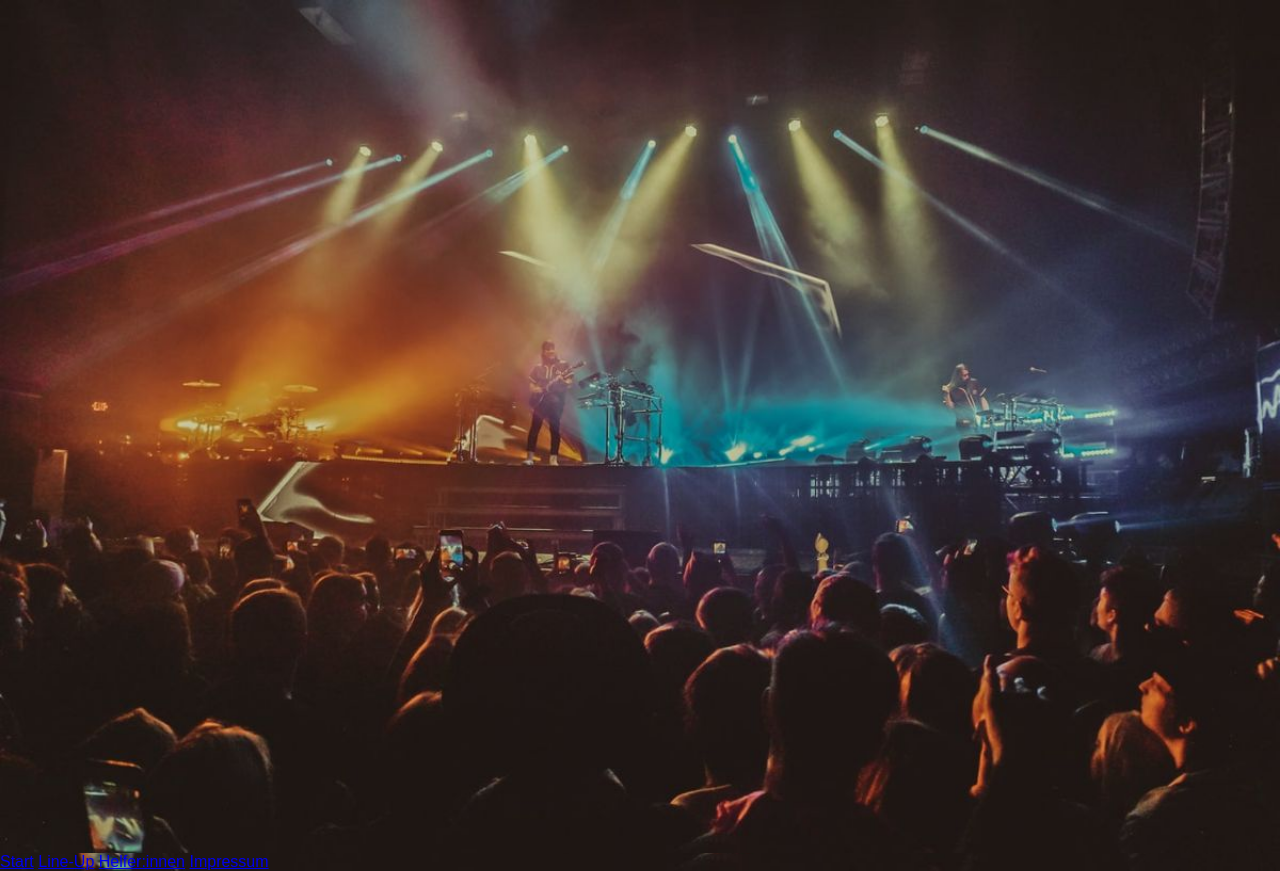
Repository: Hajimohammadi-KI/Web-Technologien
Page: index.html
An editor plug-in stored every save of this project. The page is shown before and after the next save, followed by the edit.
The browser window is 1280 px wide. The pictures show the whole page.

Above is the page before, as saved 2025-09-30 13:37:25.

### index.html
<!DOCTYPE html>
<html lang="en">
<head>
    <meta charset="UTF-8">
    <meta name="viewport" content="width=device-width, initial-scale=1.0">
    <link rel="stylesheet" href="Style.css">
    <title>Document</title>
</head>
<body>
    <!-- The alt attribute is used to provide alternative text for the image if it fails to load or if the user visits the page via a screen reader. -->
    <img src="img/spotify-livestreaming-virtual-concerts-feat.jpeg"
        alt="Musicians performing on a brightly lit stage with colorful spotlights
        and smoke effects while a large enthusiastic audience watches and records
        the event with their phones in a dark concert hall filled with energy and
         excitement" class="responsive-img">
        <nav>
    <a href="#">Start</a>
    <a href="#">Line-Up</a>
    <a href="#">Helfer:innen</a>
    <a href="#">Impressum</a>
</nav>

</body>
</html>

### Style.css
/*
    Styles for responsive images.
    The .responsive-img class is intended to make images scale appropriately
    to fit their container while maintaining aspect ratio.
    Apply this class to <img> elements to ensure they are responsive
    across different screen sizes and devices.
*/
img.responsive-img {
  width: 100%; /* [translate:عرض تصویر همیشه برابر با عرض عنصر والد خواهد بود] */
  height: auto; /* [translate:نسبت ابعاد تصویر حفظ می‌شود] */
  max-width: 100vw; /* [translate:تصویر هیچ‌گاه از عرض پنجره مرورگر بزرگ‌تر نمی‌شود] */
  display: block; /* [translate:فضای اضافی پایین عکس حذف می‌شود] */
}

@media (max-width: 600px) {
  img.responsive-img {
    max-width: 100%; /* [translate:در صفحات کوچک، حداکثر عرض تصویر برابر با عنصر والد می‌شود] */
  }
}

 body {
  font-family: Arial, sans-serif; /* [translate:تنظیم فونت پیش‌فرض برای کل صفحه] */
  margin: 0; /* [translate:حذف حاشیه پیش‌فرض مرورگر] */
  padding: 0; /* [translate:حذف فاصله داخلی پیش‌فرض مرورگر] */
  box-sizing: border-box; /* [translate:شامل کردن حاشیه و پدینگ در محاسبه عرض و ارتفاع عناصر] */
  background: url("img/spotify-livestreaming-virtual-concerts-feat.jpeg");
  background-position: center; /* [translate:تنظیم موقعیت پس‌زمینه در مرکز] */
  background-repeat: no-repeat; /* [translate:عدم تکرار تصویر پس‌زمینه] */
  background-size: cover; /* [translate:پوشش کامل پس‌زمینه] */
}
  h1, h2, h3 {
    color: #333; /* [translate:تنظیم رنگ تیره برای عناوین] */
    margin-bottom: 10px; /* [translate:افزودن فاصله پایین به عناوین] */
  }

  p {
    color: #555; /* [translate:تنظیم رنگ خاکستری برای پاراگراف‌ها] */
    line-height: 1.6; /* [translate:افزایش ارتفاع خط برای خوانایی بهتر] */
    margin-bottom: 15px; /* [translate:افزودن فاصله پایین به پاراگراف‌ها] */
  }
  nav {

After the next save:
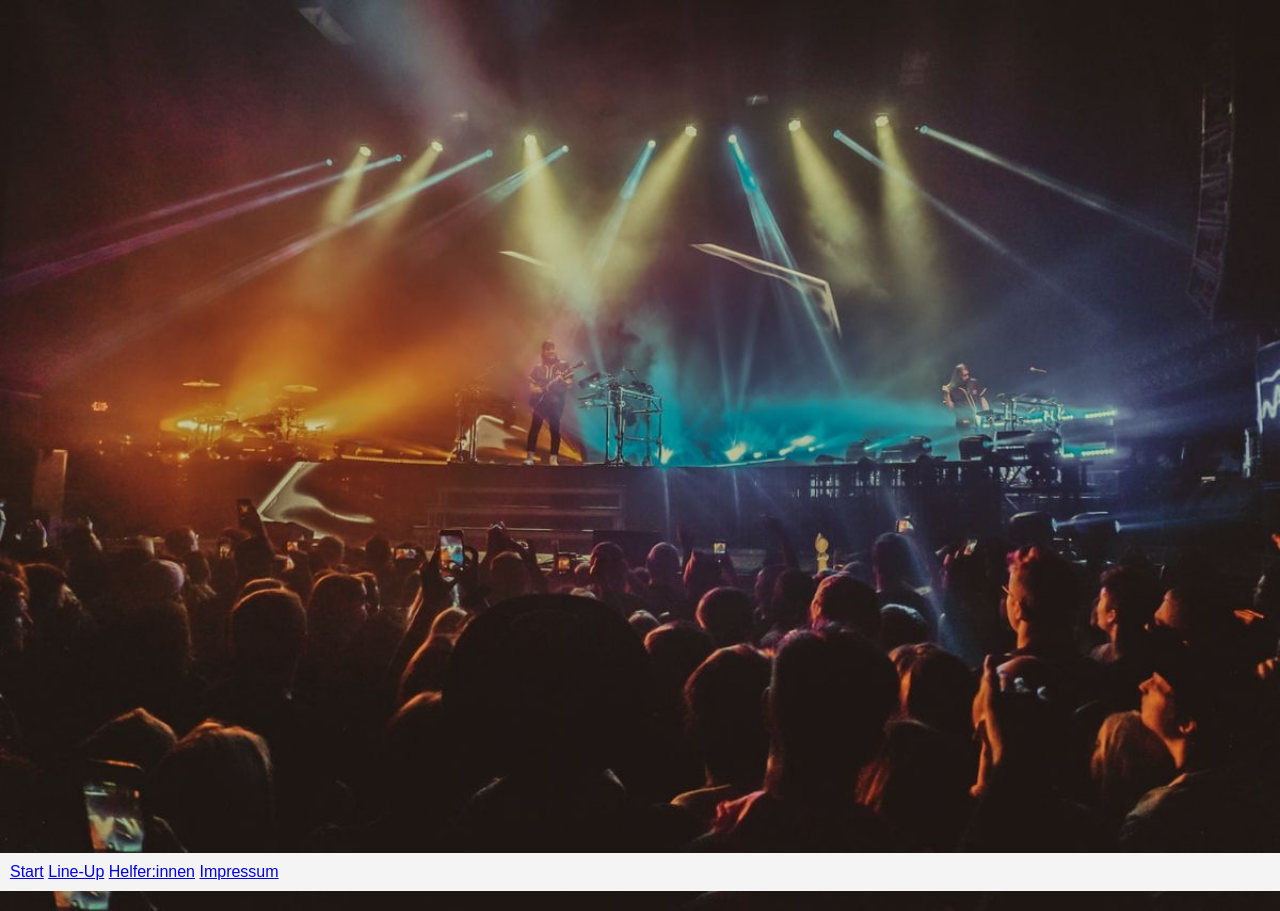
Saved 8 s later.
--- a/Style.css
+++ b/Style.css
@@ -39,3 +39,7 @@ img.responsive-img {
     margin-bottom: 15px; /* [translate:افزودن فاصله پایین به پاراگراف‌ها] */
   }
   nav {
+    background-color: #f4f4f4; /* [translate:تنظیم رنگ پس‌زمینه برای ناوبری] */
+    padding: 10px; /* [translate:افزودن فاصله داخلی به ناوبری] */
+    margin-bottom: 20px; /* [translate:افزودن فاصله پایین به ناوبری] */
+  }
